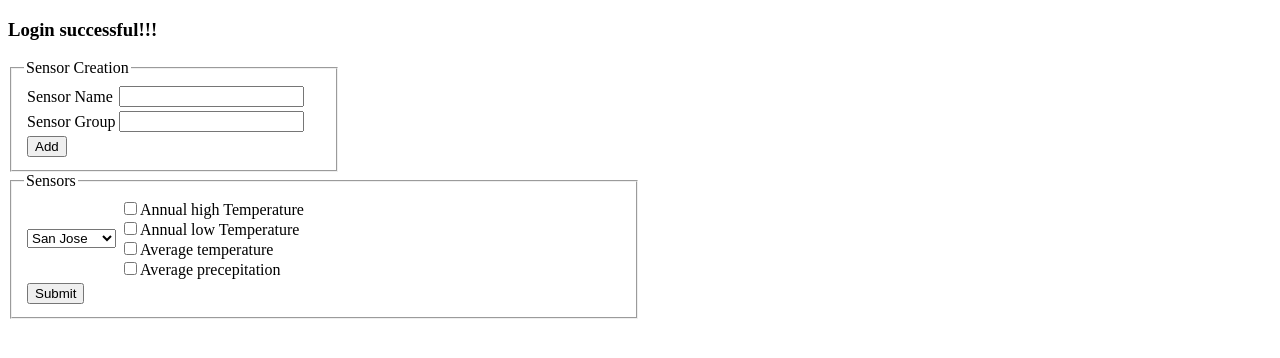
Repository: SharatNH/281mainproject
Page: sensorcloud/WebContent/index.html
An editor plug-in stored every save of this project. The page is shown before and after the next save, followed by the edit.
The browser window is 1280 px wide. The pictures show the whole page.

Above is the page before, as saved 2016-05-15 22:13:22.

### sensorcloud/WebContent/index.html
<!DOCTYPE html>
<html>
<head>
<meta charset="ISO-8859-1">
<title>Insert title here</title>
</head>
<body>
<h3>Login successful!!!</h3>
    <form action="addsensor" method="post">
        <fieldset style="width: 300px">
            <legend> Sensor Creation </legend>
            <table>
                <tr>
                    <td>Sensor Name</td>
                    <td><input type="text" name="sensorname" id="sensorname"  /></td>
                </tr>
                <tr>
                    <td>Sensor Group</td>
                    <td><input type="text" name="sensorgrp" id="sensorgrp"/></td>
                </tr>
                <tr>
                    <td><input type="submit" value="Add" /></td>
                </tr>
            </table>
        </fieldset>
    <fieldset style="width: 600px">
            <legend> Sensors </legend>
            <table>
                <tr>

                    <td>
                    <select>
  						<option value="San Jose">San Jose</option>
  						<option value="Fremont">Fremont</option>
  						<option value="Santa Cruz">Santa Cruz</option>
  						<option value="Nappa">Nappa</option>
					</select>
                    </td>
                    <td>
                    <input type="checkbox" name="sensor" value="Annual high Temperature">Annual high Temperature<br>
                    <input type="checkbox" name="sensor" value="Annual low Temperature">Annual low Temperature<br>
                    <input type="checkbox" name="sesnor" value="Average temperature">Average temperature<br>
                    <input type="checkbox" name="sensor" value="Average precepitation">Average precepitation<br>
                    </td>
                </tr>
              	<tr>
                   <td><input type="submit" value="Submit" /></td>
                </tr>
            </table>
        </fieldset>


    </form>
</body>
<script>
//ajax

</script>


</html>

After the next save:
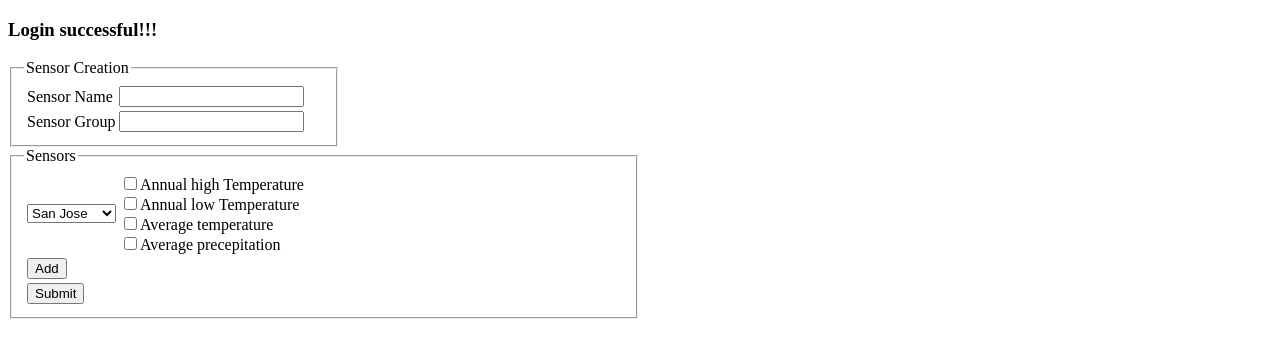
Saved 49 s later.
--- a/sensorcloud/WebContent/index.html
+++ b/sensorcloud/WebContent/index.html
@@ -18,9 +18,7 @@
                     <td>Sensor Group</td>
                     <td><input type="text" name="sensorgrp" id="sensorgrp"/></td>
                 </tr>
-                <tr>
-                    <td><input type="submit" value="Add" /></td>
-                </tr>
+
             </table>
         </fieldset>
     <fieldset style="width: 600px">
@@ -43,6 +41,9 @@
                     <input type="checkbox" name="sensor" value="Average precepitation">Average precepitation<br>
                     </td>
                 </tr>
+                 <tr>
+                    <td><input type="submit" value="Add" /></td>
+                </tr>
               	<tr>
                    <td><input type="submit" value="Submit" /></td>
                 </tr>
